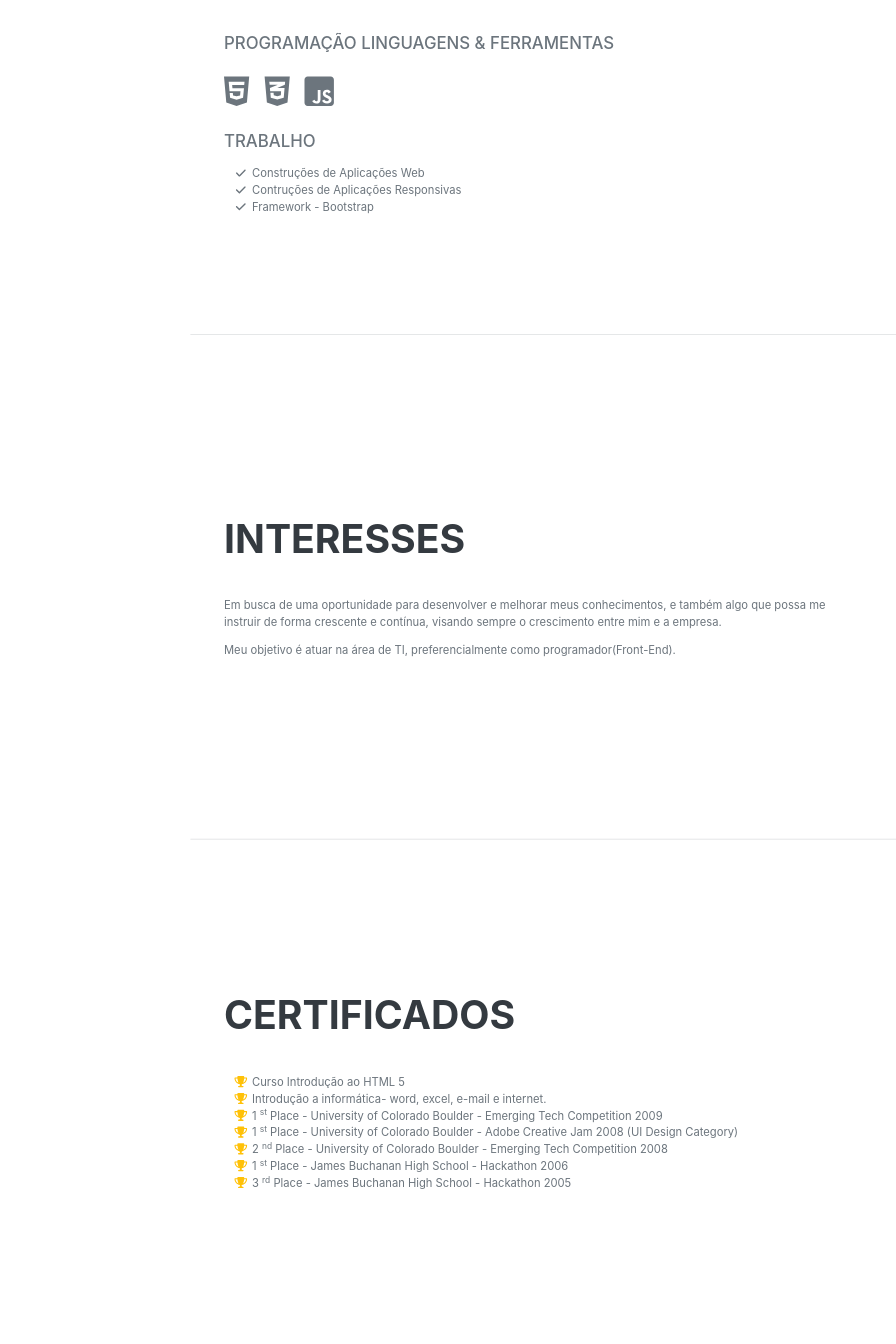
Repository: JuniorRoth/Curriculo-Web
Page: public/index.html
An editor plug-in stored every save of this project. The page is shown before and after the next save, followed by the edit.
The browser window is 1280 px wide. The pictures show the part of the page from y = 2405 to 4325 px (the page is 4325 px tall), at 70% of full size.
Some web fonts or font styles are not loaded; a fallback is used. Some web libraries are served in a nearby version.

Above is the page before, as saved 2023-02-08 10:01:16.

### public/index.html
<!DOCTYPE html>
<html lang="pt-br">
    <head>
        <meta charset="utf-8" />
        <meta name="viewport" content="width=device-width, initial-scale=1, shrink-to-fit=no" />
        <meta name="description" content="" />
        <meta name="author" content="Ilson Fernando Roth Junior" />
        <title>Currículo Ilson Roth</title>
        <link rel="icon" type="image/x-icon" href="assets/img/favicon.ico" />
        <!-- Font Awesome icons (free version)-->
        <script src="https://use.fontawesome.com/releases/v6.1.0/js/all.js" crossorigin="anonymous"></script>
        <!-- Google fonts-->
        <link href="https://fonts.googleapis.com/css?family=Saira+Extra+Condensed:500,700" rel="stylesheet" type="text/css" />
        <link href="https://fonts.googleapis.com/css?family=Muli:400,400i,800,800i" rel="stylesheet" type="text/css" />
        <!-- Core theme CSS (includes Bootstrap)-->
        <link href="css/styles.css" rel="stylesheet" />
    </head>
    <body id="page-top">
        <!-- Navigation-->
        <nav class="navbar navbar-expand-lg navbar-dark bg-primary fixed-top" id="sideNav">
            <a class="navbar-brand js-scroll-trigger" href="#page-top">
                <span class="d-block d-lg-none">Ilson Fernando Roth Junior</span>
                <span class="d-none d-lg-block"><img class="img-fluid img-profile rounded-circle mx-auto mb-2" src="assets/img/profile.jpg" alt="..." /></span>
            </a>
            <button class="navbar-toggler" type="button" data-bs-toggle="collapse" data-bs-target="#navbarResponsive" aria-controls="navbarResponsive" aria-expanded="false" aria-label="Toggle navigation"><span class="navbar-toggler-icon"></span></button>
            <div class="collapse navbar-collapse" id="navbarResponsive">
                <ul class="navbar-nav">
                    <li class="nav-item"><a class="nav-link js-scroll-trigger" href="#about">Sobre</a></li>
                    <li class="nav-item"><a class="nav-link js-scroll-trigger" href="#experience">Experiências</a></li>
                    <li class="nav-item"><a class="nav-link js-scroll-trigger" href="#education">Educação</a></li>
                    <li class="nav-item"><a class="nav-link js-scroll-trigger" href="#skills">Skills</a></li>
                    <li class="nav-item"><a class="nav-link js-scroll-trigger" href="#interests">Interesses</a></li>
                    <li class="nav-item"><a class="nav-link js-scroll-trigger" href="#awards">Certificados</a></li>
                </ul>
            </div>
        </nav>
        <!-- Page Content-->
        <div class="container-fluid p-0">
            <!-- About-->
            <section class="resume-section" id="about">
                <div class="resume-section-content">
                    <h1 class="mb-0">
                        Ilson
                        <span class="text-primary">Roth</span>
                    </h1>
                    <div class="subheading mb-5">
                        Rua Alberto Blum 490 · Ipiranga, PR 84450-000 · (42) 99835-8380 ·
                        <a href="mailto:rothilson@gmail.com">rothilson@gmail.com</a>
                    </div>
                    <p class="lead mb-5">Acredito que a busca por conhecimento e melhoria contínua deve fazer parte do nosso dia-a-dia, para nos transformar em profissionais e principalmente pessoas melhores. Tenho imenso prazer em trabalhar em equipe, acredito que cada pessoa contribui com suas próprias experiências, e o trabalho fica em melhor harmonia trabalhando em conjunto. Tenho convicção que a tecnologia quando bem aplicada pode e irá transformar o mundo para melhor.</p>
                    <div class="social-icons">
                        <a class="social-icon" href="https://www.linkedin.com/in/juninho-roth-bb1896225/"><i class="fab fa-linkedin-in"></i></a>
                        <a class="social-icon" href="https://github.com/JuniorRoth"><i class="fab fa-github"></i></a>
                        <a class="social-icon" href="https://www.instagram.com/roth_juninho/?next=%2F"><i class="fab fa-instagram"></i></a>
                    </div>
                </div>
            </section>
            <hr class="m-0" />
            <!-- Experience-->
            <section class="resume-section" id="experience">
                <div class="resume-section-content">
                    <h2 class="mb-5">Experiências</h2>
                    <div class="d-flex flex-column flex-md-row justify-content-between mb-5">
                        <div class="flex-grow-1">
                            <h3 class="mb-0">Funcionário de Advocacia</h3>
                            <div class="subheading mb-3">Macedo & Watanabe/Advogados associados</div>
                            <p>Planejar e organizar planilhas dos clientes, receber pagamentos, manutenção do sistema.</p>
                        </div>
                        <div class="flex-shrink-0"><span class="text-primary">Janeiro 2020 - 2021</span></div>
                    </div>
                </div>
            </section>
            <hr class="m-0" />
            <!-- Education-->
            <section class="resume-section" id="education">
                <div class="resume-section-content">
                    <h2 class="mb-5">Educação</h2>
                    <div class="d-flex flex-column flex-md-row justify-content-between mb-5">
                        <div class="flex-grow-1">
                            <h3 class="mb-0">Universidade Unicesumar</h3>
                            <div class="subheading mb-3">Graduação, Engenharia de Software</div>
                        <div class="flex-shrink-0"><span class="text-primary">Janeiro 2020 - 2024</span></div>
                    </div>
                    <div class="d-flex flex-column flex-md-row justify-content-between">
                        <div class="flex-grow-1">
                            <h3 class="mb-0">Colégio Sagrada Família</h3>
                            <div class="subheading mb-3">Ensino Médio Completo</div>
                        </div>
                        <div class="flex-shrink-0"><span class="text-primary">2016 - 2019</span></div>
                    </div>
                </div>
            </section>
            <hr class="m-0" />
            <!-- Skills-->
            <section class="resume-section" id="skills">
                <div class="resume-section-content">
                    <h2 class="mb-5">Skills</h2>
                    <div class="subheading mb-3">Programação Linguagens & Ferramentas</div>
                    <ul class="list-inline dev-icons">
                        <li class="list-inline-item"><i class="fab fa-html5"></i></li>
                        <li class="list-inline-item"><i class="fab fa-css3-alt"></i></li>
                        <li class="list-inline-item"><i class="fab fa-js-square"></i></li>
                    </ul>
                    <div class="subheading mb-3">Trabalho</div>
                    <ul class="fa-ul mb-0">
                        <li>
                            <span class="fa-li"><i class="fas fa-check"></i></span>
                            Construções de Aplicações Web
                        </li>
                        <li>
                            <span class="fa-li"><i class="fas fa-check"></i></span>
                            Contruções de Aplicações Responsivas
                        </li>
                        <li>
                            <span class="fa-li"><i class="fas fa-check"></i></span>
                            Framework - Bootstrap
                        </li>
                    </ul>
                </div>
            </section>
            <hr class="m-0" />
            <!-- Interests-->
            <section class="resume-section" id="interests">
                <div class="resume-section-content">
                    <h2 class="mb-5">Interesses</h2>
                    <p>Em busca de uma oportunidade para desenvolver e melhorar meus conhecimentos, e também algo que possa me instruir de forma crescente e contínua, visando sempre o crescimento entre mim e a empresa.</p>
                    <p class="mb-0">Meu objetivo é atuar na área de TI, preferencialmente como programador(Front-End).</p>
                </div>
            </section>
            <hr class="m-0" />
            <!-- Awards-->
            <section class="resume-section" id="awards">
                <div class="resume-section-content">
                    <h2 class="mb-5">Certificados</h2>
                    <ul class="fa-ul mb-0">
                        <li>
                            <span class="fa-li"><i class="fas fa-trophy text-warning"></i></span>
                            Curso Introdução ao HTML 5
                        </li>
                        <li>
                            <span class="fa-li"><i class="fas fa-trophy text-warning"></i></span>
                            Introdução a informática- word, excel, e-mail e internet.
                        </li>
                        <li>
                            <span class="fa-li"><i class="fas fa-trophy text-warning"></i></span>
                            1
                            <sup>st</sup>
                            Place - University of Colorado Boulder - Emerging Tech Competition 2009
                        </li>
                        <li>
                            <span class="fa-li"><i class="fas fa-trophy text-warning"></i></span>
                            1
                            <sup>st</sup>
                            Place - University of Colorado Boulder - Adobe Creative Jam 2008 (UI Design Category)
                        </li>
                        <li>
                            <span class="fa-li"><i class="fas fa-trophy text-warning"></i></span>
                            2
                            <sup>nd</sup>
                            Place - University of Colorado Boulder - Emerging Tech Competition 2008
                        </li>
                        <li>
                            <span class="fa-li"><i class="fas fa-trophy text-warning"></i></span>
                            1
                            <sup>st</sup>
                            Place - James Buchanan High School - Hackathon 2006
                        </li>
                        <li>
                            <span class="fa-li"><i class="fas fa-trophy text-warning"></i></span>
                            3
                            <sup>rd</sup>
                            Place - James Buchanan High School - Hackathon 2005
                        </li>
                    </ul>
                </div>
            </section>
        </div>
        <!-- Bootstrap core JS-->
        <script src="https://cdn.jsdelivr.net/npm/bootstrap@5.1.3/dist/js/bootstrap.bundle.min.js"></script>
        <!-- Core theme JS-->
        <script src="js/scripts.js"></script>
    </body>
</html>

### public/js/scripts.js
/*!
* Start Bootstrap - Resume v7.0.5 (https://startbootstrap.com/theme/resume)
* Copyright 2013-2022 Start Bootstrap
* Licensed under MIT (https://github.com/StartBootstrap/startbootstrap-resume/blob/master/LICENSE)
*/
//
// Scripts
//

window.addEventListener('DOMContentLoaded', event => {

    // Activate Bootstrap scrollspy on the main nav element
    const sideNav = document.body.querySelector('#sideNav');
    if (sideNav) {
        new bootstrap.ScrollSpy(document.body, {
            target: '#sideNav',
            offset: 74,
        });
    };

    // Collapse responsive navbar when toggler is visible
    const navbarToggler = document.body.querySelector('.navbar-toggler');
    const responsiveNavItems = [].slice.call(
        document.querySelectorAll('#navbarResponsive .nav-link')
    );
    responsiveNavItems.map(function (responsiveNavItem) {
        responsiveNavItem.addEventListener('click', () => {
            if (window.getComputedStyle(navbarToggler).display !== 'none') {
                navbarToggler.click();
            }
        });
    });

});

Loaded but not shown: public/css/styles.css (library)

After the next save:
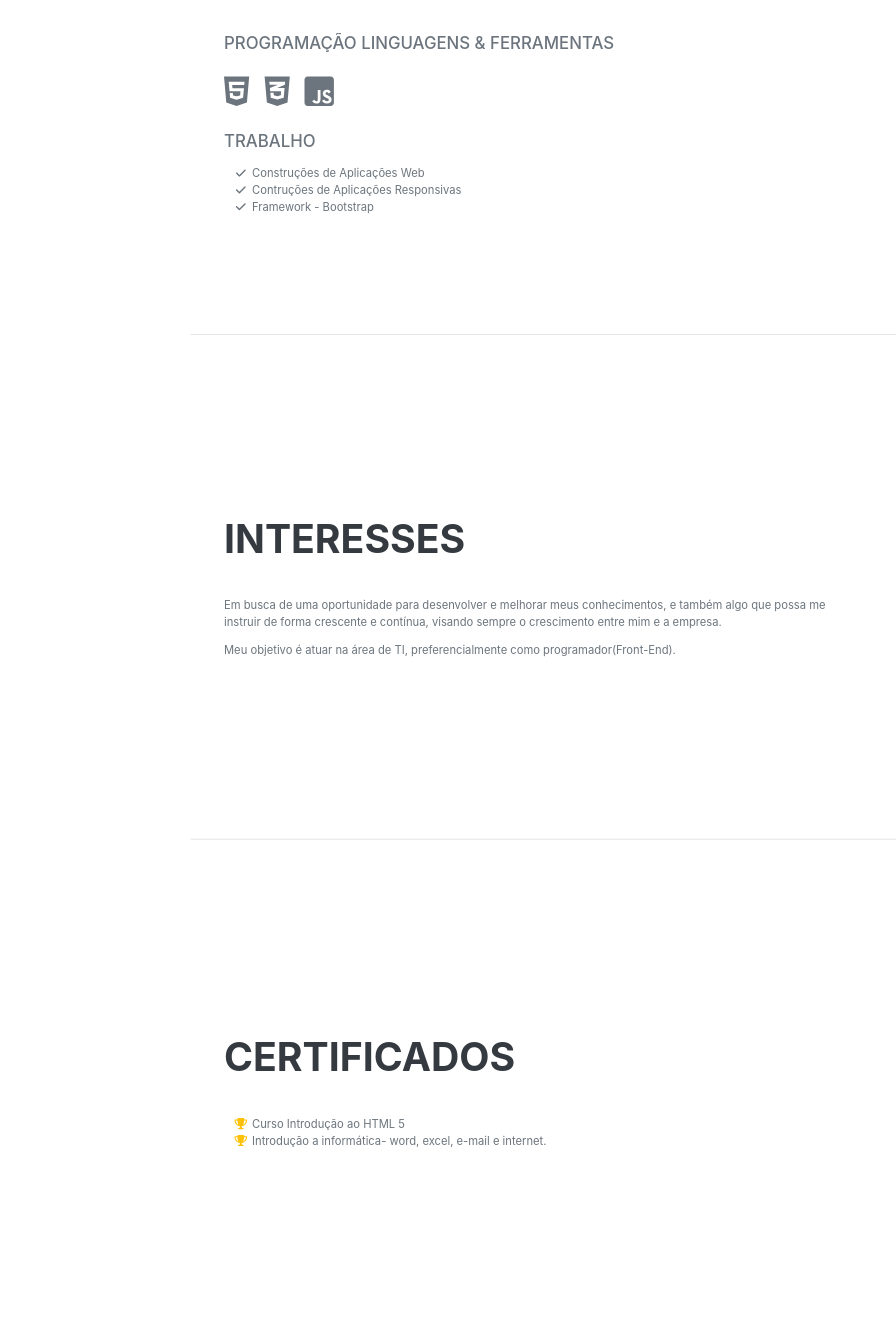
Saved 12 min 2 s later.
--- a/public/index.html
+++ b/public/index.html
@@ -141,36 +141,6 @@
                             <span class="fa-li"><i class="fas fa-trophy text-warning"></i></span>
                             Introdução a informática- word, excel, e-mail e internet.
                         </li>
-                        <li>
-                            <span class="fa-li"><i class="fas fa-trophy text-warning"></i></span>
-                            1
-                            <sup>st</sup>
-                            Place - University of Colorado Boulder - Emerging Tech Competition 2009
-                        </li>
-                        <li>
-                            <span class="fa-li"><i class="fas fa-trophy text-warning"></i></span>
-                            1
-                            <sup>st</sup>
-                            Place - University of Colorado Boulder - Adobe Creative Jam 2008 (UI Design Category)
-                        </li>
-                        <li>
-                            <span class="fa-li"><i class="fas fa-trophy text-warning"></i></span>
-                            2
-                            <sup>nd</sup>
-                            Place - University of Colorado Boulder - Emerging Tech Competition 2008
-                        </li>
-                        <li>
-                            <span class="fa-li"><i class="fas fa-trophy text-warning"></i></span>
-                            1
-                            <sup>st</sup>
-                            Place - James Buchanan High School - Hackathon 2006
-                        </li>
-                        <li>
-                            <span class="fa-li"><i class="fas fa-trophy text-warning"></i></span>
-                            3
-                            <sup>rd</sup>
-                            Place - James Buchanan High School - Hackathon 2005
-                        </li>
                     </ul>
                 </div>
             </section>
